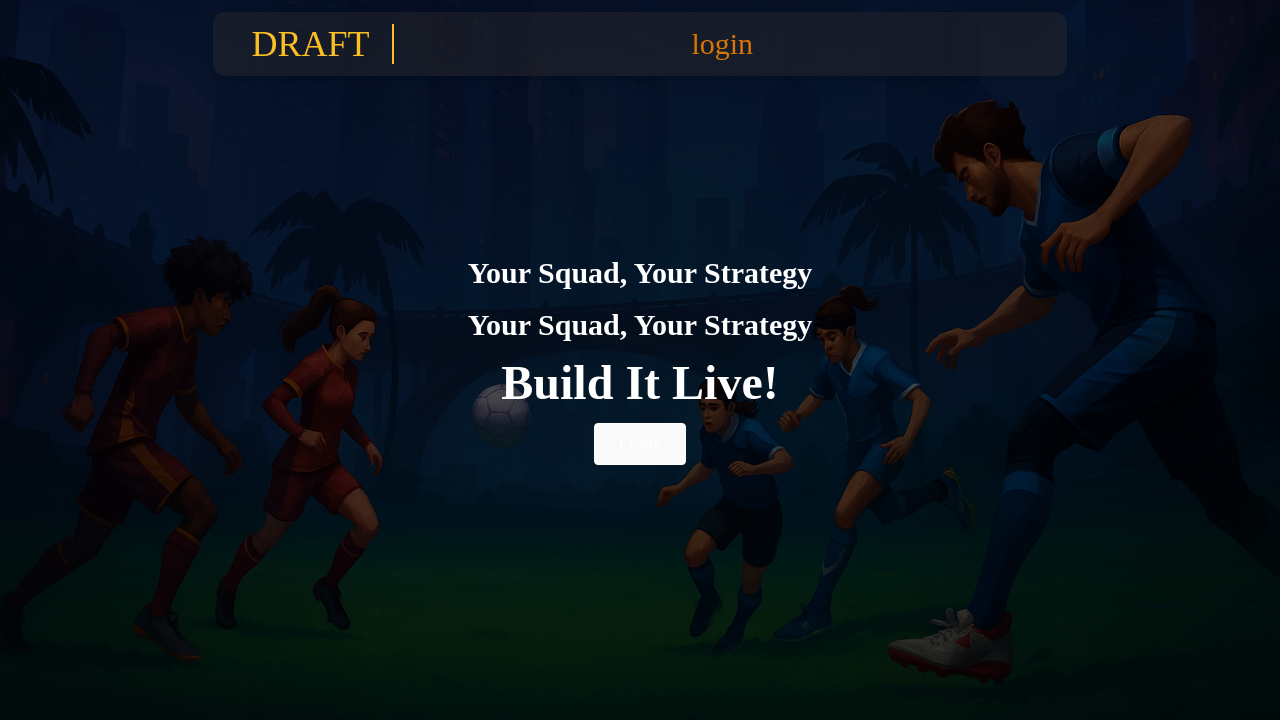
Repository: MehediMim/LeagueCrafter--Online-Auction-Platform-Project
Page: / (app in my-app/)
These files come from the project's save history. The page is drawn as it stood at one moment and after the next save; the edit follows.
The browser window is 1280 px wide. The pictures show the whole page.
Some web fonts or font styles are not loaded; a fallback is used. The project was rebuilt for these pictures with package versions that can differ from the ones it lists, and the page was loaded fresh each time. Also part of the build but not shown: my-app/vite.config.js, my-app/src/pages/Dashboard.jsx, my-app/src/pages/Login.jsx.

Above is the page before, as saved 2025-05-25 02:27:46.

### my-app/src/main.jsx
import { StrictMode } from 'react'
import { createRoot } from 'react-dom/client'
import React from 'react';
import ReactDOM from 'react-dom/client';
import './index.css'
import App from './App.jsx'
import { Auth0Provider } from '@auth0/auth0-react';
console.log("HELLO WORLD");
console.log('Domain:', import.meta.env.VITE_AUTH0_DOMAIN);
console.log('Client ID:', import.meta.env.VITE_AUTH0_CLIENT_ID);
console.log("HELLO WORLD");

ReactDOM.createRoot(document.getElementById('root')).render(
<React.StrictMode>
  <Auth0Provider
    domain={import.meta.env.VITE_AUTH0_DOMAIN}
    clientId={import.meta.env.VITE_AUTH0_CLIENT_ID}
    authorizationParams={{

      redirect_uri: window.location.origin,
      audience: import.meta.env.VITE_AUTH0_AUDIENCE
    }}
  >
    <App />
  </Auth0Provider>
</React.StrictMode>
);

### my-app/src/index.css
@import url('https://fonts.googleapis.com/css2?family=Bebas+Neue&display=swap');
@import url('https://fonts.googleapis.com/css2?family=Raleway:wght@400;700&display=swap');
@import url('https://fonts.googleapis.com/css2?family=Jaro&display=swap');
@import url('https://fonts.googleapis.com/css2?family=WDXL+Lubrifont+TC&display=swap');
@import url('https://fonts.googleapis.com/css2?family=Barrio&display=swap');

@tailwind base;
@tailwind components;
@tailwind utilities;



:root {
  font-family: system-ui, Avenir, Helvetica, Arial, sans-serif;
  line-height: 1.5;
  font-weight: 400;

  color-scheme: light dark;
  color: rgba(255, 255, 255, 0.87);
  background-color: #242424;

  font-synthesis: none;
  text-rendering: optimizeLegibility;
  -webkit-font-smoothing: antialiased;
  -moz-osx-font-smoothing: grayscale;
}

a {
  font-weight: 500;
  color: #646cff;
  text-decoration: inherit;
}
a:hover {
  color: #535bf2;
}

body {
  margin: 0;
  display: flex;
  place-items: center;
  min-width: 320px;
  min-height: 100vh;
}

h1 {
  font-size: 3.2em;
  line-height: 1.1;
}

button {
  border-radius: 8px;
  border: 1px solid transparent;
  padding: 0.6em 1.2em;
  font-size: 1em;
  font-weight: 500;
  font-family: inherit;
  background-color: #1a1a1a;
  cursor: pointer;
  transition: border-color 0.25s;
}
button:hover {
  border-color: #646cff;
}
button:focus,
button:focus-visible {
  outline: 4px auto -webkit-focus-ring-color;
}

@media (prefers-color-scheme: light) {
  :root {
    color: #213547;
    background-color: #ffffff;
  }
  a:hover {
    color: #747bff;
  }
  button {
    background-color: #f9f9f9;
  }
}

### my-app/src/App.jsx
import { BrowserRouter, Routes, Route } from "react-router-dom";
import Navbar from "./components/Navbar";
import Home from "./pages/Home";
import Dashboard from "./pages/Dashboard";
import Login from "./pages/Login";


export default function App() {
  return (
    <BrowserRouter>
      <Navbar />
      <Routes>
        <Route path="/" element={<Home />} />
        <Route path="/dashboard" element={<Dashboard />} />
        <Route path="/login" element={<Login />} />
        {/* <Route path="/auction" element={<AuctionRoom />} /> */}
        {/* <Route path="*" element={<NotFound />} /> */}
      </Routes>
    </BrowserRouter>
  );
}

### my-app/src/components/Navbar.jsx
import { Link } from "react-router-dom";
import { useAuth0 } from "@auth0/auth0-react";

export default function Navbar(params) {

  const { user, isAuthenticated, isLoading, loginWithRedirect, logout } = useAuth0();

  return (
    <div className="h-16 w-screen absolute top-3 z-50 flex justify-center">
      <div className="w-2/3 flex justify-center">
        <div className="bg-zinc-800 bg-opacity-50 shadow-md p-4 rounded-xl w-full flex items-center">
          {/* <div className="w-auto h-auto rounded-xl m-4 flex p-4"> */}
          <div className="w-1/4 border-r-2 border-amber-400 flex justify-center">
            <Link to="/"><h1 className="font-jaro text-4xl text-amber-400 hover:text-white">DRAFT</h1></Link>
          </div>
          <div className="w-full flex justify-evenly   items-center">
            {/* <Link to="/" className="text-amber-600 hover:text-white"><h1 className="text-3xl font-jaro">home</h1></Link> */}
            {/* <Link className="text-amber-600 hover:text-white"><h1 className="text-3xl font-jaro">registrations</h1></Link> */}
            {!isAuthenticated && <Link to="/login" className="text-amber-600 hover:text-white"><h1 className="text-3xl  font-jaro">login</h1></Link>}
            {isAuthenticated && <Link to="/dashboard" className="text-amber-600 hover:text-white"><h1 className="text-3xl  font-jaro">dashboard</h1></Link>}

          </div>
          {/* </div> */}
        </div>
        {isAuthenticated && <div className=" h-16 w-16  ml-3 group cursor-pointer relative">


          <div className="rounded-full border-amber-600 border-4 h-16 w-16">
            <img src={user.picture} className="rounded-full"></img>
          </div>

          <div className="absolute top-10 left-36 -translate-x-1/2  bg-zinc-800 text-white rounded-xl p-4 shadow-lg hidden group-hover:block z-50">
            <p className="text-lg font-bold font-raleway text-left">{user.name}</p>
            <p className="text-lg  font-kanit text-center font-raleway">{user.email}</p>
            <button
              onClick={() => logout({ returnTo: window.location.origin })}
              className="mt-3 w-full px-4 py-2 text-smbg rounded hover:bg-white  hover:text-black transition font-kanit"
            >
              Logout
            </button>
          </div>


        </div>
        }
      </div>
    </div>
  )
};

### my-app/src/pages/Home.jsx
import bg from "../assets/bg1.png"

export default function Home() {
  return (
    <div className="relative w-screen h-screen overflow-hidden">
      {/* Background Image Layer */}
      <div className="absolute inset-0 z-0">
        <img src={bg} className="w-full h-full object-cover" alt="Background" />
        <div className="absolute inset-0 bg-black opacity-55" />
      </div>

      {/* Foreground Content */}
      <div className="relative z-10 flex justify-center items-center h-full w-full">
        <div className="text-center text-white space-y-4">
          <h1 className="text-3xl font-barrio font-bold">
            Your Squad, Your Strategy
          </h1>
          <h1 className="text-3xl font-barrio font-bold">
            Your Squad, Your Strategy
          </h1>
          <h1 className="text-5xl font-barrio font-bold">
            Build It Live!
          </h1>
          <button className="font-jaro px-6 py-2 text-white hover:bg-white hover:text-black border border-white rounded">
            Create
          </button>
        </div>
      </div>
    </div>
  );
}

### my-app/tailwind.config.js
/** @type {import('tailwindcss').Config} */
export default {
  content: [
    "./index.html",
    "./src/**/*.{js,ts,jsx,tsx}",
  ],
  theme: {
    extend: {
      fontFamily: {
        bebas: ['"Bebas Neue"', 'cursive'],
        raleway: ['Raleway', 'sans-serif'],
        jaro: ['Jaro', 'cursive'],
        lubrifont: ['Lubrifont', 'sans-serif'],
        barrio: ['Barrio', 'normal'],
      },
    },
  },
  plugins: [],
}

Loaded but not shown: my-app/index.html (common file)

After the next save:
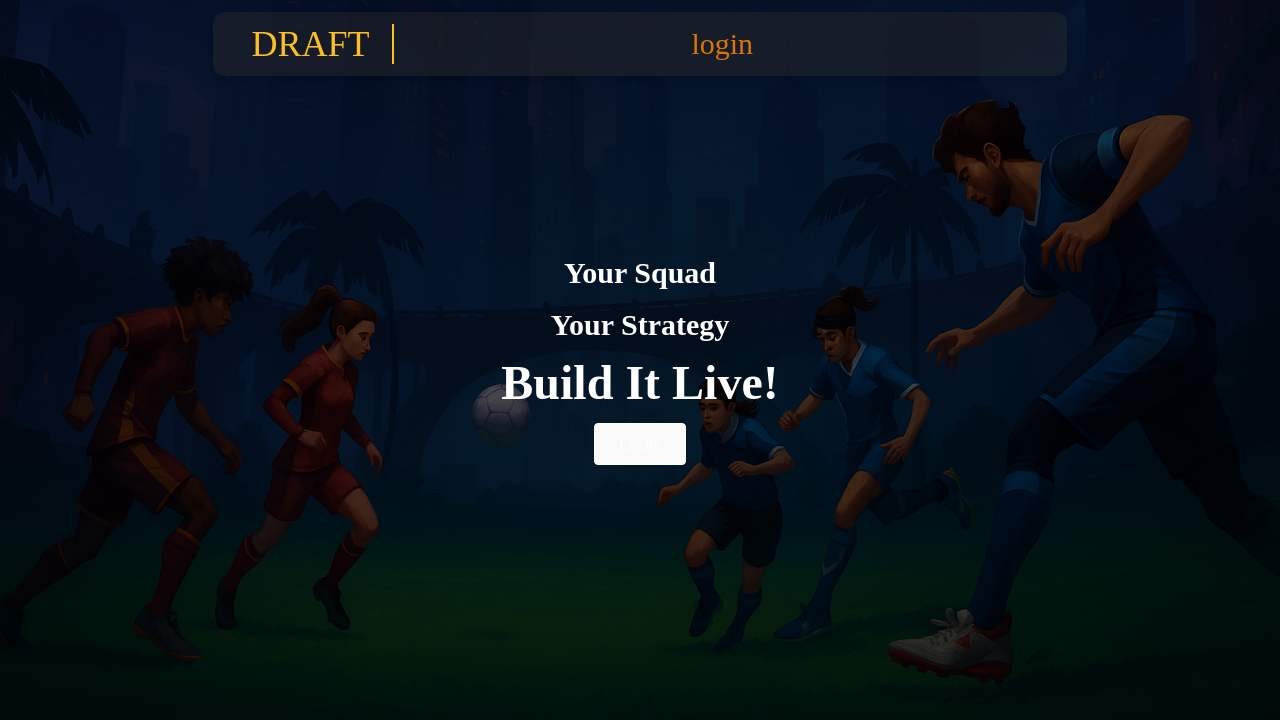
Saved 8 s later.
--- a/my-app/src/pages/Home.jsx
+++ b/my-app/src/pages/Home.jsx
@@ -13,10 +13,10 @@ export default function Home() {
       <div className="relative z-10 flex justify-center items-center h-full w-full">
         <div className="text-center text-white space-y-4">
           <h1 className="text-3xl font-barrio font-bold">
-            Your Squad, Your Strategy
+            Your Squad
           </h1>
           <h1 className="text-3xl font-barrio font-bold">
-            Your Squad, Your Strategy
+            Your Strategy
           </h1>
           <h1 className="text-5xl font-barrio font-bold">
             Build It Live!
